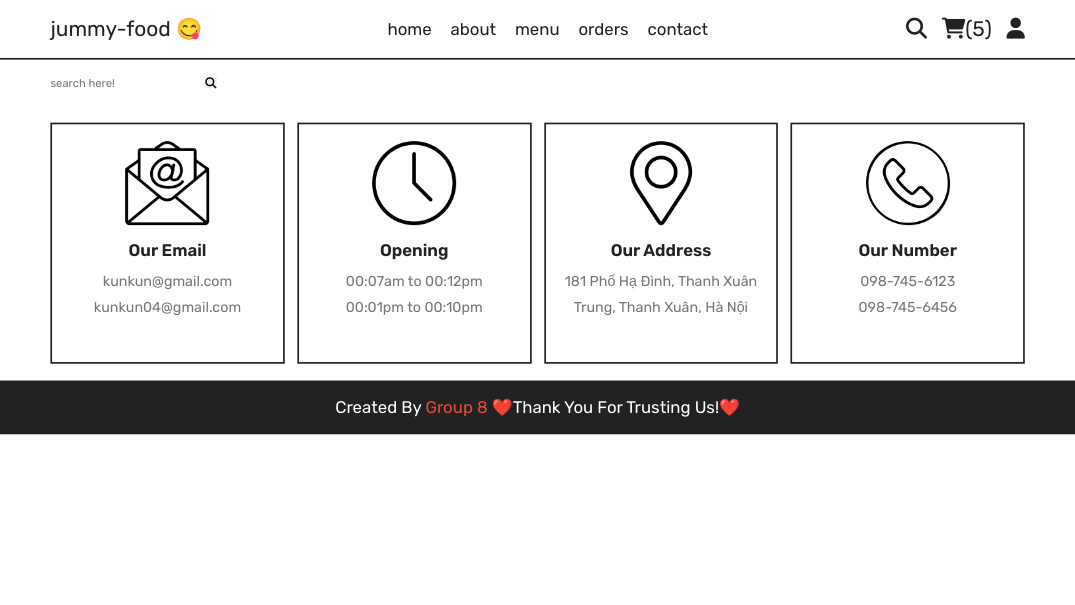
Repository: VuongLinhDinh/jummy_food
Page: search.html
The author's editor kept a copy of each file at every save. The page is drawn from the files as they stood at one save, then again after the next save.
The browser window is 1280 px wide. The pictures show the whole page, at 84% of full size.
Some web libraries are served in a nearby version.

Above is the page before, as saved 2023-11-10 00:01:33.

After the next save:
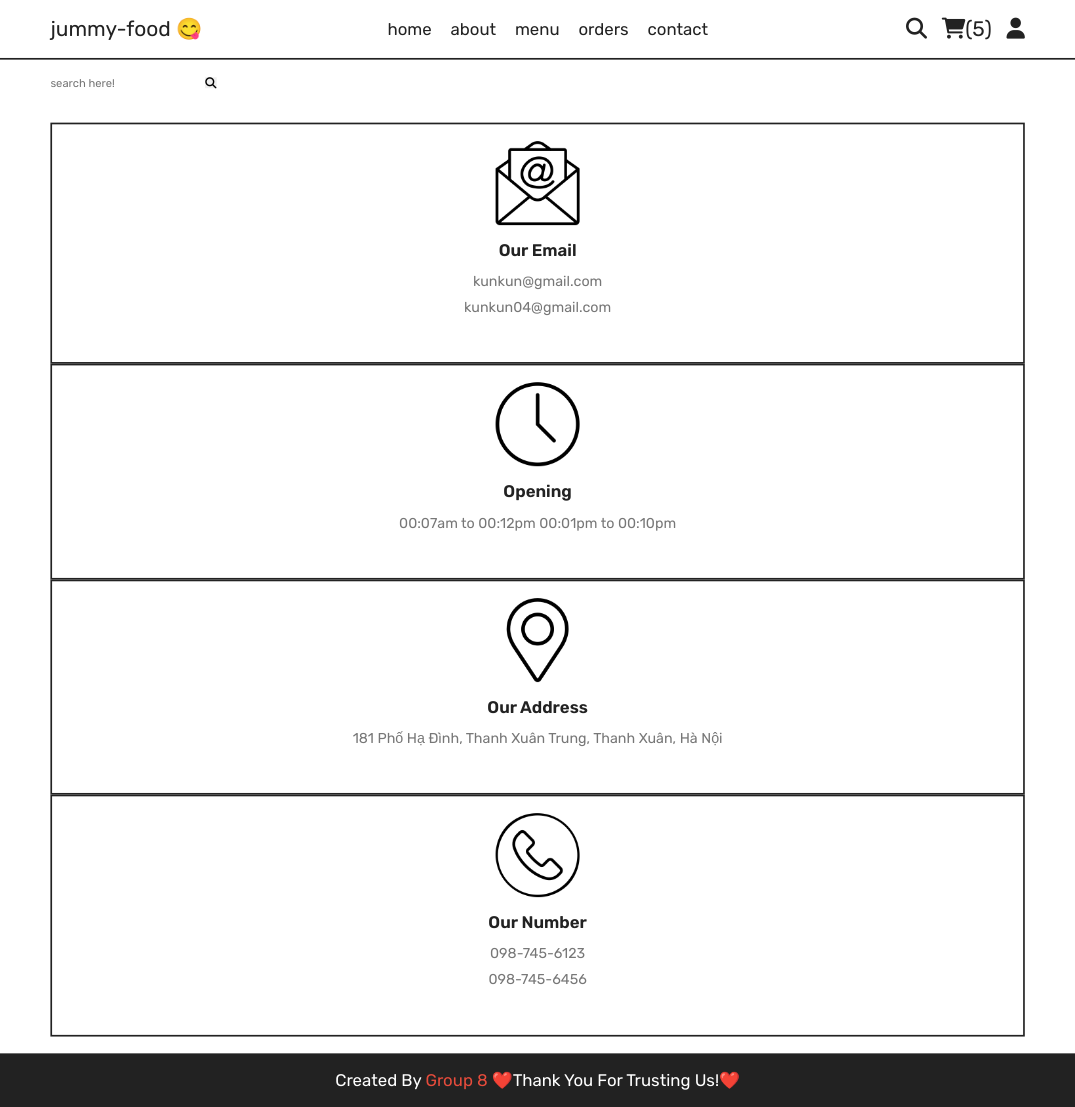
Saved 27 s later.
--- a/css/style.css
+++ b/css/style.css
@@ -451,6 +451,7 @@
     height: 15rem;
     resize: none;
 }
+.search-form
 
 
 

After the save that followed:
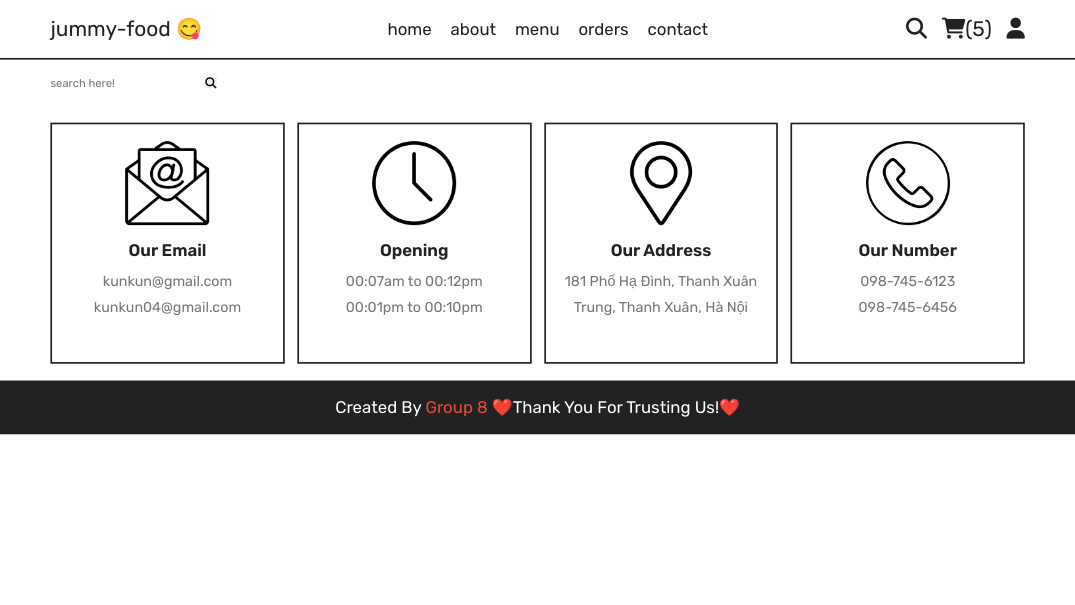
Saved 7 s later.
--- a/css/style.css
+++ b/css/style.css
@@ -451,7 +451,9 @@
     height: 15rem;
     resize: none;
 }
-.search-form
+.search-form form {
+
+}
 
 
 
